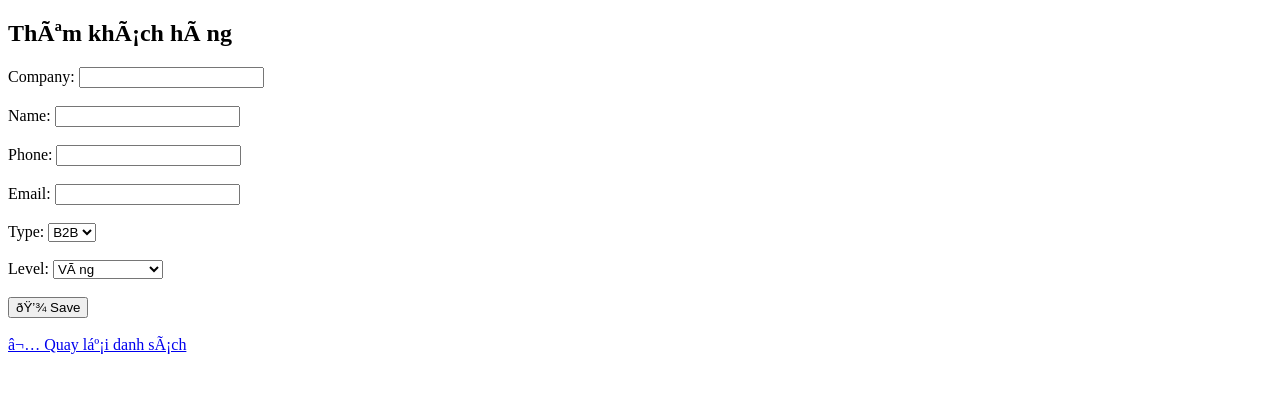
Repository: NguyenPro77/Epic-2-Qu-n-l-Kh-ch-h-ng-Customers---B2B-B2C-
Page: http://localhost/CRM_LEADS_MVC/leads
These files come from the project's save history. The page is drawn as it stood at one moment and after the next save; the edit follows.
The browser window is 1280 px wide. The pictures show the whole page.
The page is served by Tomcat 10. Queries for data that is not in the repository find no rows.

Above is the page before, as saved 2026-04-08 17:44:06.

After the next save:
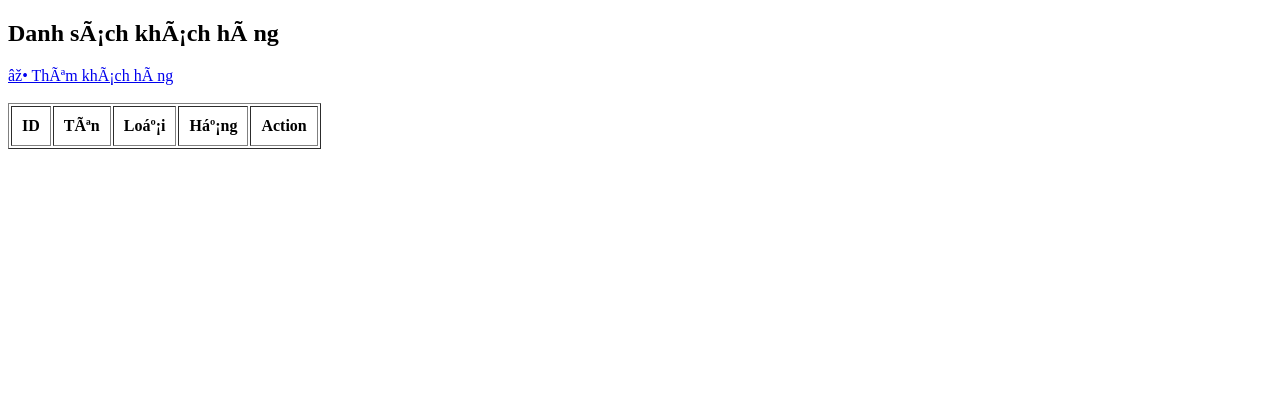
Saved 11 s later.
--- a/CRM_LEADS_MVC/src/main/webapp/lead-list.jsp
+++ b/CRM_LEADS_MVC/src/main/webapp/lead-list.jsp
@@ -1,42 +1,41 @@
+<%@ taglib uri="http://java.sun.com/jsp/jstl/core" prefix="c" %>
+
 <!DOCTYPE html>
 <html>
 <head>
 <meta charset="UTF-8">
-<title>Thêm khách hàng</title>
+<title>Danh sách khách hàng</title>
 </head>
 <body>
 
-<h2>Thêm khách hàng</h2>
+<h2>Danh sách khách hàng</h2>
 
-<form action="leads?action=insert" method="post">
+<a href="lead-form.jsp">➕ Thêm khách hàng</a>
 
-    Company: <input type="text" name="company_name"><br><br>
+<br><br>
 
-    Name: <input type="text" name="contact_name"><br><br>
+<table border="1" cellpadding="10">
+<tr>
+    <th>ID</th>
+    <th>Tên</th>
+    <th>Loại</th>
+    <th>Hạng</th>
+    <th>Action</th>
+</tr>
 
-    Phone: <input type="text" name="phone"><br><br>
+<c:forEach var="l" items="${list}">
+<tr>
+    <td>${l.id}</td>
+    <td>${l.contactName}</td>
+    <td>${l.customerType}</td>
+    <td>${l.customerLevel}</td>
+    <td>
+        <a href="leads?action=delete&id=${l.id}">❌ Delete</a>
+    </td>
+</tr>
+</c:forEach>
 
-    Email: <input type="text" name="email"><br><br>
-
-    Type:
-    <select name="customer_type">
-        <option value="B2B">B2B</option>
-        <option value="B2C">B2C</option>
-    </select><br><br>
-
-    Level:
-    <select name="customer_level">
-        <option value="Vang">Vàng</option>
-        <option value="Bac">Bạc</option>
-        <option value="KimCuong">Kim Cương</option>
-    </select><br><br>
-
-    <button type="submit">💾 Save</button>
-
-</form>
-
-<br>
-<a href="leads">⬅ Quay lại danh sách</a>
+</table>
 
 </body>
 </html>
